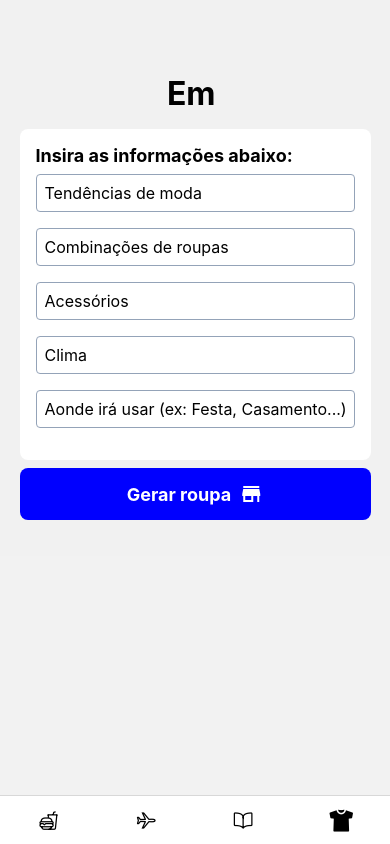
Repository: Matheus904-12/routes
Screen: /Roupas (app in roteamento/)
These files come from the project's save history. The screen is drawn as it stood at one moment and after the next save; the edit follows.
The app was drawn by React Native's web renderer in a window 390 px wide. The project was rebuilt for these pictures with package versions that can differ from the ones it lists, and the page was loaded fresh each time. Also part of the build but not shown: roteamento/pages/viagem.js, roteamento/pages/filmes.js.

Above is the screen before, as saved 2024-05-01 17:54:54.

After the next save:
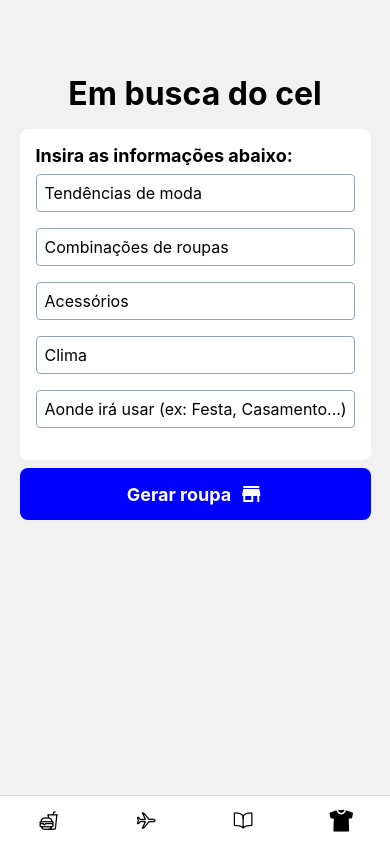
Saved 6 s later.
--- a/roteamento/pages/roupas.js
+++ b/roteamento/pages/roupas.js
@@ -63,7 +63,7 @@ export function Roupas() {
     <ScrollView>
          <View style={ESTILOS.container}>
       <StatusBar barStyle="dark-content" translucent={true} backgroundColor="#F1F1F1" />
-      <Text style={ESTILOS.header}>Em </Text>
+      <Text style={ESTILOS.header}>Em busca do cel</Text>
       <View style={ESTILOS.form}>
         <Text style={ESTILOS.label}>Insira as informações abaixo:</Text>
         <TextInput
